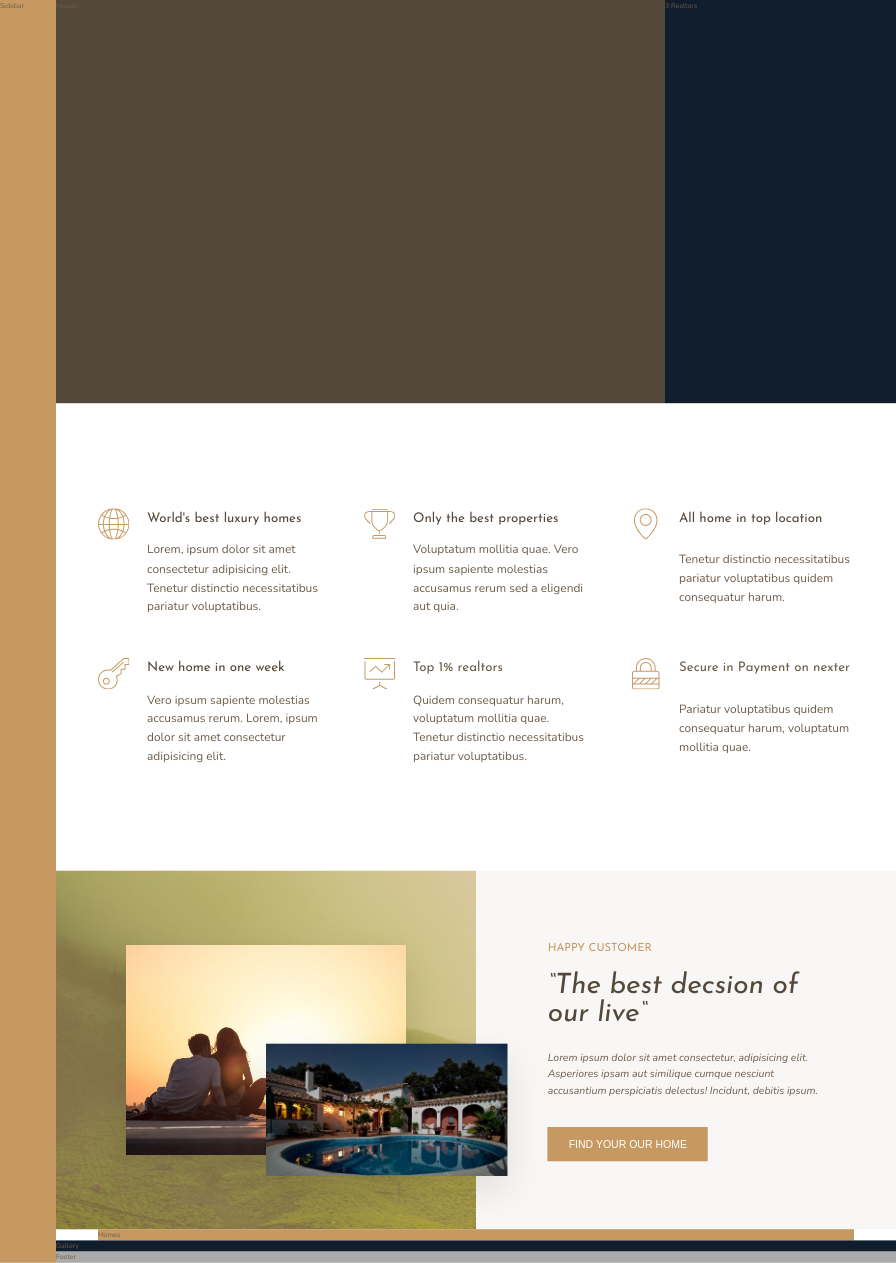
Repository: m2pd/your-home
Page: index.html
The author's editor kept a copy of each file at every save. The page is drawn from the files as they stood at one save, then again after the next save.
The browser window is 1280 px wide. The pictures show the whole page, at 70% of full size.
The style sheet was rebuilt from its Sass, Less or Tailwind sources for each picture, by a compiler version that may differ from the author's.

Above is the page before, as saved 2020-03-05 11:24:59.

### index.html
<!DOCTYPE html>
<html lang="en">
    <head>
        <meta charset="UTF-8">
        <meta name="viewport" content="width=device-width, initial-scale=1.0">
        <meta http-equiv="X-UA-Compatible" content="ie=edge">

        <link href="https://fonts.googleapis.com/css?family=Josefin+Sans:300,400,400i|Nunito:300,300i" rel="stylesheet">
        <link rel="stylesheet" href="css/style.css">
        <link rel="shortcut icon" type="image/png" href="img/favicon.png">

        <title>nexter &mdash; your home, your freedom</title>
    </head>
    <body class="container">

        <div class="sidebar">
            Sidebar
        </div>

        <header class="header">
            Header
        </header>

        <div class="realtors">
            3 Realtors
        </div>

        <div class="features">
            <div class="feature feature-1">
                <svg class="feature__icon">
                    <use xlink:href="img/sprite.svg#icon-global"></use>
                </svg>
                <h4 class="heading-4 heading-4--dark">World's best luxury homes</h4>
                <p class="feature__text">
                    Lorem, ipsum dolor sit amet consectetur adipisicing elit. Tenetur distinctio necessitatibus pariatur voluptatibus.
                </p>
            </div>

            <div class="feature feature-2">
                <svg class="feature__icon">
                    <use xlink:href="img/sprite.svg#icon-trophy"></use>
                </svg>
                <h4 class="heading-4 heading-4--dark">Only the best properties</h4>
                <p class="feature__text">
                    Voluptatum mollitia quae. Vero ipsum sapiente molestias accusamus rerum sed a eligendi aut quia.
                </p>
            </div>

            <div class="feature feature-3">
                <svg class="feature__icon">
                    <use xlink:href="img/sprite.svg#icon-map-pin"></use>
                </svg>
                <h4 class="heading-4 heading-4--dark">All home in top location</h4>
                <p class="feature__text">
                    Tenetur distinctio necessitatibus pariatur voluptatibus quidem consequatur harum.
                </p>
            </div>

            <div class="feature feature-4">
                <svg class="feature__icon">
                    <use xlink:href="img/sprite.svg#icon-key"></use>
                </svg>
                <h4 class="heading-4 heading-4--dark">New home in one week</h4>
                <p class="feature__text">
                    Vero ipsum sapiente molestias accusamus rerum. Lorem, ipsum dolor sit amet consectetur adipisicing elit.
                </p>
            </div>

            <div class="feature feature-5">
                <svg class="feature__icon">
                    <use xlink:href="img/sprite.svg#icon-presentation"></use>
                </svg>
                <h4 class="heading-4">Top 1% realtors</h4>
                <p class="feature__text">
                    Quidem consequatur harum, voluptatum mollitia quae. Tenetur distinctio necessitatibus pariatur voluptatibus.
                </p>
            </div>

            <div class="feature feature-6">
                <svg class="feature__icon">
                    <use xlink:href="img/sprite.svg#icon-lock"></use>
                </svg>
                <h4 class="heading-4">Secure in Payment on nexter</h4>
                <p class="feature__text">
                    Pariatur voluptatibus quidem consequatur harum, voluptatum mollitia quae.
                </p>
            </div>
        </div>

        <div class="story__pictures">
            <img src="img/story-1.jpeg" alt="Couple with new house" class="story__img--1">
            <img src="img/story-2.jpeg" alt="New house" class="story__img--2">
        </div>

        <div class="story__content">
            <h3 class="heading-3 mb-sm">Happy Customer</h3>
            <h2 class="heading-2 heading-2--dark mb-md">&ldquo;The best decsion of our live&ldquo;</h2>
            <div class="story__text">
                Lorem ipsum dolor sit amet consectetur, adipisicing elit. Asperiores ipsam aut similique cumque nesciunt accusantium perspiciatis delectus! Incidunt, debitis ipsum.
            </div>
            <button class="btn">Find your our home</button>
        </div>

        <section class="homes">
            Homes
        </section>

        <section class="gallery">
            Gallery
        </section>

        <footer class="footer">
            Footer
        </footer>

    </body>
</html>

### sass/_base.scss
// COLOR VARIABLES
$color-primary: #c69963;
$color-primary-dark: #B28451;

$color-secondary: #101d2c;

$color-grey-light-1: #f9f7f6;
$color-grey-light-2: #aaa;

$color-grey-dark-1: #54483A;
$color-grey-dark-2: #6D5D4B;

// FONT VARIABLES
$font-primary: 'Nunito', sans-serif;
$font-display: 'Josefin Sans', sans-serif;


*,
*::before,
*::after{
    margin:0;
    padding:0;
    box-sizing: inherit;
}

html{
    font-size:62.5%;
    box-sizing: border-box;
}

body{
    font-family: $font-primary;
    color: $color-grey-dark-2;
    font-weight: 300;
    line-height: 1.6;
}

.container{
    display: grid;
    grid-template-rows: 80vh min-content 40vw repeat(3, min-content);
    grid-template-columns:[sidebar-start] 8rem [sidebar-end full-start] minmax(6rem, 1fr) [center-start] repeat(8, [col-start] minmax(min-content, 14rem) [col-end]) [center-end] minmax(6rem, 1fr) [full-end];

}

### sass/_typography.scss
%heading {
  font-family: $font-display;
  font-weight: 400;
}

.heading-1 {
  @extend %heading;
}

.heading-2 {
  @extend %heading;
  font-size: 4rem;
  font-style: italic;
  line-height: 1;

  &--light{ color: $color-grey-light-1;}
  &--dark{ color: $color-grey-dark-1;}
}

.heading-3 {
  @extend %heading;

  font-size: 1.6rem;
  color: $color-primary;
  text-transform: uppercase;

}

.heading-4 {
  @extend %heading;
  font-size: 1.9rem;

  &--light{ color: $color-grey-light-1;}
  &--dark{ color: $color-grey-dark-1;}

}

.btn{
    background-color: $color-primary;
    color: #fff;
    font-size: 1.5rem;
    border: none;
    border-radius: none;
    padding: 1.6rem  3rem;
    text-transform: uppercase;
    cursor: pointer;
    transition: all .2s;

    &:hover{
      background-color: $color-primary-dark;
    }
}

.mb-sm{ margin-bottom: 2rem; }
.mb-md{ margin-bottom: 3rem; }
.mb-lg{ margin-bottom: 4rem; }
.mb-hg{ margin-bottom: 8rem; }

### sass/_features.scss
.features{
    grid-column: center-start /  center-end;

    margin: 15rem 0;
    display: grid;
    // grid-template-columns: repeat(3, 1fr);
    grid-template-columns: repeat(auto-fit, minmax(25rem, 1fr));
    grid-gap: 6rem;
}

.feature{
    display: grid;
    grid-template-columns: min-content 1fr;
    grid-column-gap: 2.5rem;
    grid-row-gap: 1.5rem;

    align-items: start;

    &__icon{
        fill: $color-primary;
        width:4.5rem;
        height:4.5rem;

        grid-row: 1 / span 2;
    }

    &__text{
        font-size: 1.7rem;
    }
}

### sass/_story.scss
.story{
    &__pictures{
        background-color: $color-primary;
        grid-column: full-start / col-end 4;
        background-image:linear-gradient(rgba($color-primary,.5), rgba($color-primary, .5)),
                         url(../img/back.jpg);

        display: grid;
        grid-template-columns: repeat(6, 1fr);
        grid-template-rows: repeat(6, 1fr);
        align-items:center ;
    }

    &__img--1{
        width: 100%;
        grid-column: 2 / 6;
        grid-row: 2 / 6;
        box-shadow: 0 2rem 5rem rgba(#000, .1);
    }

    &__img--2{
        width: 115%;
        grid-column: 4 / 7;
        grid-row: 4 / 6;
        z-index: 20;
        box-shadow: 0 2rem 5rem rgba(#000, .1);

    }

    &__content{
        background-color: $color-grey-light-1;
        grid-column: col-start 5 / full-end;

        padding: 6rem 8vw;

        // display: flex;
        // flex-direction: column;
        // justify-content: center;
        // align-items: flex-start;

        display: grid;
        align-content: center;
        justify-items: start;
    }

    &__text{
        font-size: 1.5rem;
        font-style: italic;
        margin-bottom: 4rem;


    }
}

### sass/_homes.scss
.homes{
    background-color: $color-primary;
    grid-column: center-start / center-end;
}

### sass/_gallery.scss
.gallery{
    background-color: $color-secondary;
    grid-column: full-start / full-end;
}

### sass/_footer.scss
.footer{
    background-color: $color-grey-light-2;
    grid-column: full-start / full-end;
}

Loaded but not shown: sass/main.scss (common file); sass/_sidebar.scss (common file); sass/_header.scss (common file); sass/_realtors.scss (common file)

After the next save:
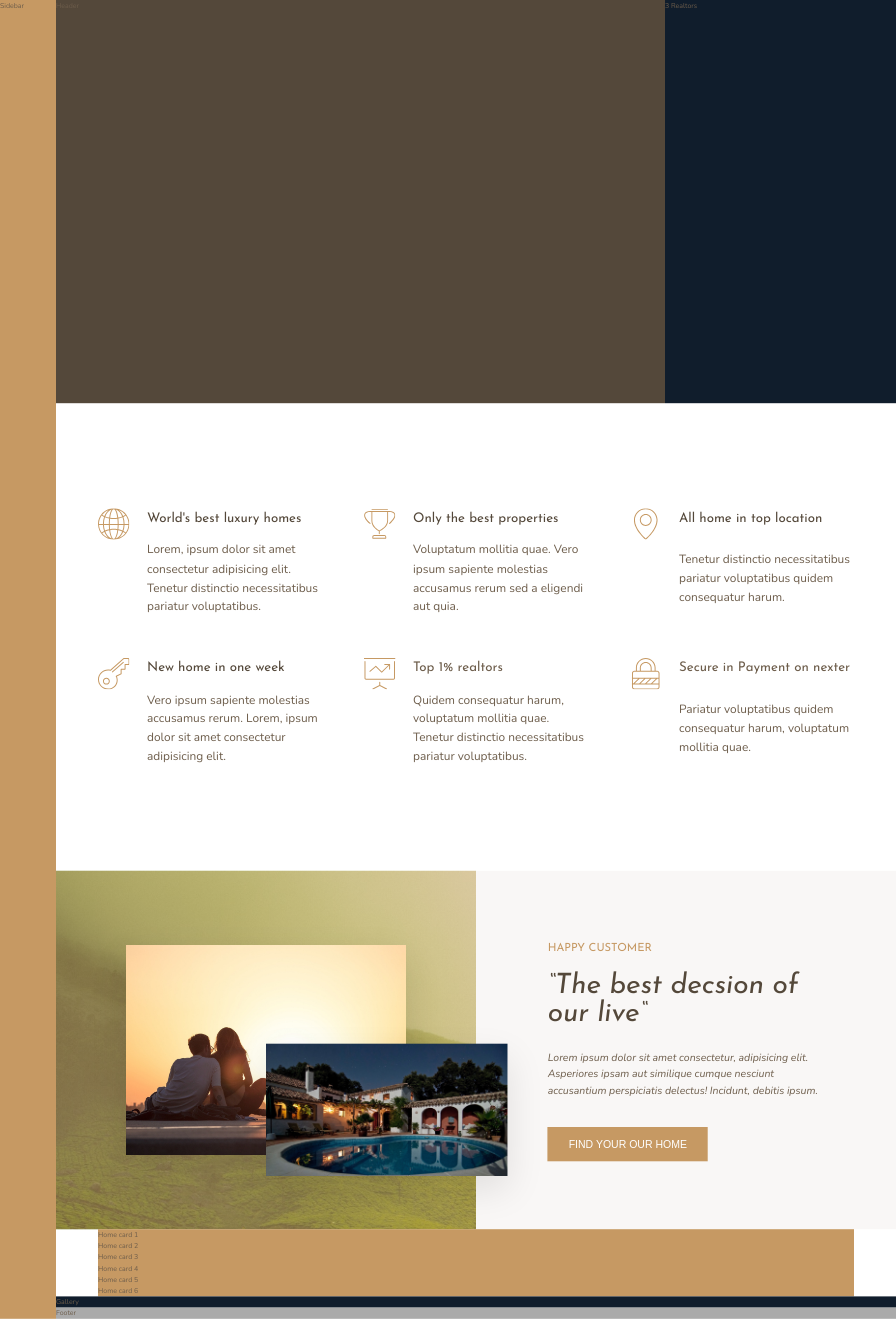
Saved 3 h 54 min later.
--- a/index.html
+++ b/index.html
@@ -102,7 +102,12 @@
         </div>
 
         <section class="homes">
-            Homes
+            <div class="home">Home card 1</div>
+            <div class="home">Home card 2</div>
+            <div class="home">Home card 3</div>
+            <div class="home">Home card 4</div>
+            <div class="home">Home card 5</div>
+            <div class="home">Home card 6</div>
         </section>
 
         <section class="gallery">
